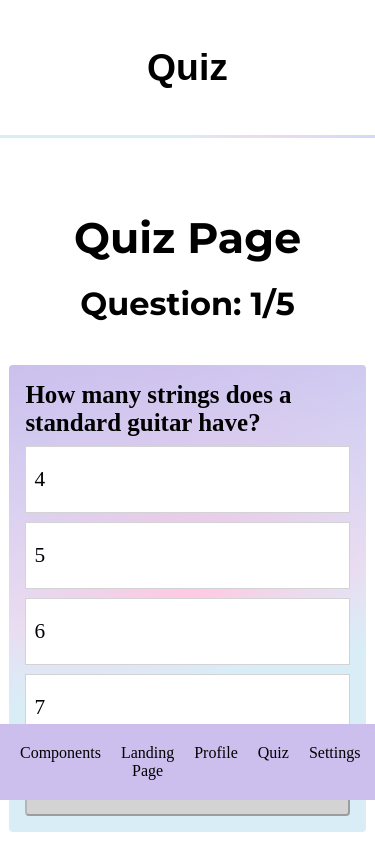
Repository: 1medi/pocketprof
Page: /quiz/page
The author's editor kept a copy of each file at every save. The page is drawn from the files as they stood at one save, then again after the next save.
The browser window is 375 px wide. The pictures show the whole page.
The project was rebuilt for these pictures with package versions that can differ from the ones it lists, and the page was loaded fresh each time. The framework's server and built-in components were replaced by stand-ins that run in the browser. Also part of the build but not shown: next.config.mjs, Components/Buttons/Oscar/Oscar.module.css, Components/Buttons/Oscar/index.js.

Above is the page before, as saved 2024-04-13 21:08:06.

### pages/quiz/page.jsx
'use client';
import React, { useState, useRef, useEffect } from 'react';
import { quiz } from "../data"
import styles from "./page.module.css"
import { Montserrat } from "next/font/google"
import Header from '@/Components/Header';
import NavBar from "@/Components/Navbar"


const notoSans = Montserrat({
  subsets: ['latin'],
});

export default function Page() {
  const [activeQuestion, setActiveQuestion] = useState(0);
  const [selectedAnswer, setSelectedAnswer] = useState('');
  const [checked, setChecked] = useState(false);
  const [selectedAnswerIndex, setSelectedAnswerIndex] = useState(null);
  const [showResult, setShowResult] = useState(false);
  const [result, setResult] = useState({
    score: 0,
    correctAnswers: 0,
    wrongAnswers: 0,
  });

  const nextButtonRef = useRef(null);

  const { questions } = quiz;
  const { answers, correctAnswer } = questions[activeQuestion];

  const onAnswerSelected = (answer, idx, event = null) => {
    if (event && event.type === 'keydown' && (event.key !== 'Enter' && event.key !== ' ')) {
      return;
    }
    setChecked(true);
    setSelectedAnswerIndex(idx);
    if (answer === correctAnswer) {
      setSelectedAnswer(true);
      console.log('true');
    } else {
      setSelectedAnswer(false);
      console.log('false');
    }
  };


  useEffect(() => {
    if (checked && nextButtonRef.current) {
      nextButtonRef.current.focus();
    }
  }, [checked]);

  const nextQuestion = () => {
    setSelectedAnswerIndex(null);
    setResult((prev) =>
      selectedAnswer
        ? {
            ...prev,
            score: prev.score + 5,
            correctAnswers: prev.correctAnswers + 1,
          }
        : {...prev,
            wrongAnswers: prev.wrongAnswers + 1,
          }
    );
    if (activeQuestion !== questions.length - 1) {
      setActiveQuestion((prev) => prev + 1);
    } else {
      setActiveQuestion(0);
      setShowResult(true);
    }
    setChecked(false);
  };

  return (
    <>
    <Header name="Quiz"/>
      <div className={`${styles.container}`}>
      <h1 className={styles.title}>Quiz Page</h1>
      <div>
        <h2 className={styles.activeQ}>
          Question: {activeQuestion + 1}
          <span>/{questions.length}</span>
        </h2>
      </div>
      <div>
        {!showResult ? (
          <div className={styles.quizContainer}>
            <h3 className={styles.question}>{questions[activeQuestion].question}</h3>
            {answers.map((answer, idx) => (
              <li
                key={idx}
                onClick={() => onAnswerSelected(answer, idx)}
                onKeyDown={(event) => onAnswerSelected(answer, idx, event)}
                className={`${styles.answerList} ${selectedAnswerIndex === idx ? styles.itemSelected : styles.itemHover}`}
                tabIndex={0}>
                <span>{answer}</span>
              </li>
            ))}

            <button
              ref={nextButtonRef}
              onClick={nextQuestion}
              className={checked ? styles.btn : styles.btnDisabled}
              tabIndex={2}
              disabled={!checked}>
              {activeQuestion === questions.length - 1 ? 'Finish' : 'Next'}
            </button>
          </div>
        ) : (
          <div className={styles.quizContainer}>
            <h3 className={styles.hthree}>Results</h3>
            <h3 className={styles.hthree}>Overall {(result.score / (questions.length * 5)) * 100}%</h3>
            <p className={styles.paragraph}>
              Total Questions: <span>{questions.length}</span>
            </p>
            <p className={styles.paragraph}>
              Total Score: <span>{result.score}</span>
            </p>
            <p className={styles.paragraph}>
              Correct Answers: <span>{result.correctAnswers}</span>
            </p>
            <p className={styles.paragraph}>
              Wrong Answers: <span>{result.wrongAnswers}</span>
            </p>
            <button className={styles.btn} onClick={() => window.location.reload()}>Restart</button>
          </div>
        )}
      </div>
    </div>
    <NavBar/>
    </>

  );
};

### styles/globals.css
:root {
background-color: white;
align-content: center;
--main-color-purple: #53239B;
--main-color-lightpurple: #CCBFED;
--secondary-color-blue: #9AB7F9;
--secondary-color-lightblue: #CCE3FB;

--font-header: 34pt ;
--font-section-header: 28pt;
--font-sub-header: 24pt;
--font-button: 16pt;
--font-body: 16pt;
--font-secondary: 14pt;
--font-tertiary:12pt;

--headings: "mont", sans-serif;
--body-text: "Noto Sans", sans-serif;

}


* {
    padding: 0;
    margin: 0;
  }

  ol,
  ul {
    list-style: none;
  }

### pages/data.js
export const quiz = {
    totalQuestions: 5,
    questions: [
      {
        id: 1,
        question: 'How many strings does a standard guitar have?',
        answers: ['4', '5', '6', '7'],
        correctAnswer: '6',
      },
      {
        id: 2,
        question: 'Which part of the guitar do you strum or pluck the strings with?',
        answers: ['Headstock', 'Fretboard', 'Body', 'Bridge'],
        correctAnswer: 'Body',
      },
      {
        id: 3,
        question: 'What is a pick used for in playing the guitar?',
        answers: ['Holding the strings down', 'Strumming or plucking the strings', 'Keeping the guitar in tune', 'San Marino'],
        correctAnswer: 'Strumming or plucking the strings',
      },
      {
        id: 4,
        question: 'What is the name of the thickest string on the guitar?',
        answers: ['A string', 'E string', 'D string', 'G string'],
        correctAnswer: 'E string',
      },
      {
        id: 5,
        question: 'Where do you place your fingers to play different notes on the guitar?',
        answers: ['On the body', 'On the headstock', 'On the strings over the fretboard', 'On the tuning pegs'],
        correctAnswer: 'On the strings over the fretboard',
      },
    ],
  };

### pages/quiz/page.module.css

@media only screen and (max-width:431px) {
  .container{
  padding: 1rem 0;
  background-color: white;
  width: 95%;
  margin: auto;
  margin-top: 3rem;
  border-radius: 10px;
  font-size: var(--font-body);

}

.title,
.activeQ{
  color: black;
  text-align: center;
  padding:10px;
  font-family: "Montserrat", "sans-serif";
}

.hthree {
  padding-bottom: 2rem;
  color: #000105;
  font-size: 1.8rem;
}

.btn {
  padding: 16px 8px;
  width: 100%;
  margin-top: 12px;
  font-size: 1rem;
  border-radius: 4px;
  cursor: pointer;
  background-color: var(--main-color-purple);
  color: #f8f8f8;
}

.btnDisabled {
  background-color: lightgray;
  padding: 16px 8px;
  width: 100%;
  margin-top: 12px;
  font-size: 1rem;
  border-radius: 4px;
  color: darkgray;

}

.answerList {
  list-style-type: none;
  cursor: pointer;
  margin: 9px 0;
  padding: 20px 8px;
  color: #000105;
  border: 1.5px solid lightgray;
  background-color: white;
}

.itemHover:hover {
  background-color: #CCBFED;
  columns: #fff;
}

.itemSelected {
  color: #474747;
  background-color:#8E71D5;
}

.quizContainer {
  background: linear-gradient(-10deg, #d9edf7 35%, rgba(237, 202, 216, 0) 50%, var(--main-color-lightpurple)), radial-gradient(circle, #ffcae1 0, #daeafc 100%);
  padding: 1rem;
  margin-top: 2rem;
  border-radius: 4px;
}

.paragraph {
  padding: 8px 0;
}

}

### Components/Header/index.js
import styles from "@/Components/Header/Header.module.css"
import Link from "next/link"
import { Montserrat } from "next/font/google"

const montserrat = Montserrat({
  subsets: ['latin'],
});
export default function Header({name}){
  return (
    <>
    <header className={styles.header}>

      <h1 className={styles.headerTitle}>{name}</h1>
    </header>
    </>
  )
}

### Components/Navbar/index.js
import styles from "./Navbar.module.css"
import Oscar from "@/Components/Buttons/Oscar"
import Link from "next/link"

export default function NavBar() {
  return (
    <nav className={styles.nav}>
        <div className={styles.navContainer}>
          <ul className={styles.navOptions}>
            <li className={styles.navLink}>
            <Link href={'/Components'} className={styles.navText}>Components </Link>
            </li>
            <li className={styles.navLink}>
            <Link href={'/LandingPage'} className={styles.navText}>Landing Page </Link>
            </li>
            <li className={styles.navLink}>
            <Link href={'/Profile'} className={styles.navText}>Profile </Link>
            </li>
            <li className={styles.navLink}>
            <Link href={'/QuizPage'} className={styles.navText}>Quiz</Link>
            </li>
            <li className={styles.navLink}>
            <Link href={'/Settings'} className={styles.navText}>Settings</Link>
            </li>
            <li className={styles.navLink}>
            <Link href={'/Subjects'} className={styles.navText}>Subjects</Link>
            </li>
          </ul>

        </div>
    </nav>
  )
}

### Components/Header/Header.module.css
.header{
  max-height: 400;
  height: 6em;
  position: relative;
  padding: 1.3rem;
  backdrop-filter: blur(10px);
  }

  .header::before {
    content: "";
    position: absolute;
    inset: 0;
    border-bottom: 3px solid transparent;
    background: linear-gradient(140deg,  #d9edf7 35%, rgba(237, 202, 216, 0) 50%, var(--main-color-lightpurple)), radial-gradient(circle, #ffcae1 0, #daeafc 100%) border-box;
    mask: linear-gradient(#fff 0 0) padding-box, linear-gradient(#fff 0 0);
    mask-composite: exclude;
  }


.headerTitle{
  text-align: center;
  margin:auto;
  display: flex;
  justify-content: center;
  color: black;
  padding-top: 25px;
  font-family: var(--headings);
  font-size: var(--font-section-header);
}

### Components/Navbar/Navbar.module.css
@media only screen and (max-width:430px) {
  .nav {
  position: fixed;
  bottom: 0;
  left: 0;
  width: 100%;
  display: flex;
  flex-direction: row;
  background-color:var(--main-color-lightpurple);
  justify-content: space-around;
}

.navContainer{
  position: relative;
  justify-content: space-around;
  width: 100%;
}
.buttonContainer{
  padding:10px;

}

.navOptions{
  display: flex;
  flex-direction: row;
  text-align: center;
  justify-content: space-around;
  padding: 10px;
  text-decoration: none;
}

.navLink{
  padding: 10px;
  border-radius: 10px;
  text-decoration: none;
  list-style: none;
  position: relative;
  justify-content: center;
}

.image:hover{
  background-color: #8b82a4;
}

.navText{
  text-decoration: none;
  list-style: none;
  color:black;
}

.navText:visited{
  text-decoration: none;
  list-style: none;
  color: black;
}
}

Loaded but not shown: pages/_app.js (common file); pages/_document.js (common file)

After the next save:
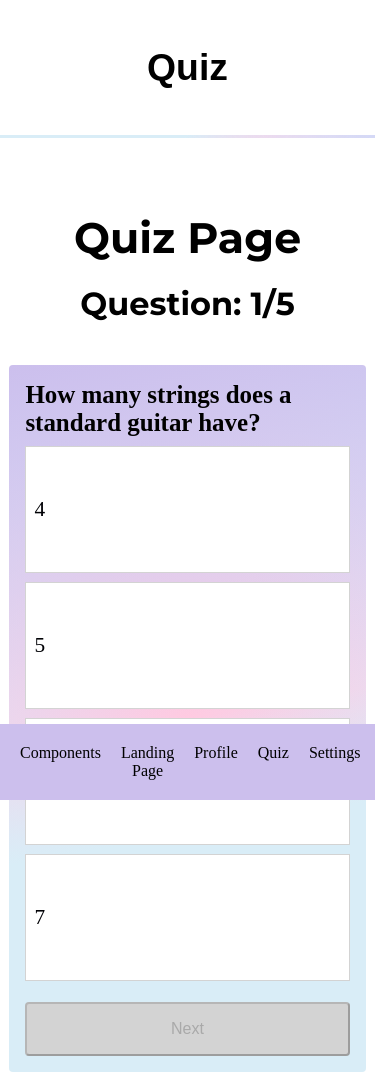
Saved 7 s later.
--- a/pages/quiz/page.module.css
+++ b/pages/quiz/page.module.css
@@ -51,7 +51,7 @@
   list-style-type: none;
   cursor: pointer;
   margin: 9px 0;
-  padding: 20px 8px;
+  padding: 50px 8px;
   color: #000105;
   border: 1.5px solid lightgray;
   background-color: white;
